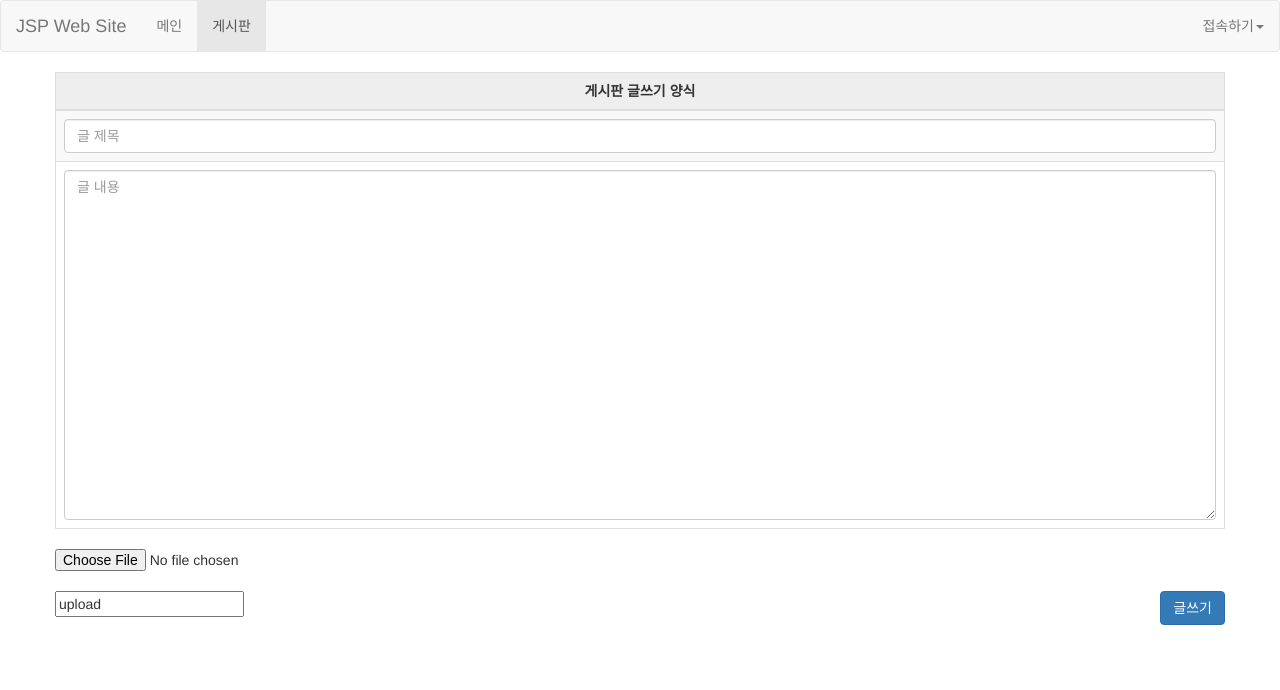
Repository: seung-kook/JSPBBSUPLOAD
Page: http://localhost/BBS/write.jsp
An editor plug-in stored every save of this project. The page is shown before and after the next save, followed by the edit.
The browser window is 1280 px wide. The pictures show the whole page.
Some web libraries are served in a nearby version. The page is served by Tomcat 9. Other server files are loaded and not shown.

Above is the page before, as saved 2022-03-15 00:57:49.

### BBS/src/main/webapp/write.jsp
<%@ page language="java" contentType="text/html; charset=UTF-8"
    pageEncoding="UTF-8"%>
<%@ page import="java.io.PrintWriter" %>
<!DOCTYPE html>
<html>
<head>
<meta http-equiv="Content-Type" content="text/html; charset=UTF-8">
<meta name="viewport" content="width=device-width, initial-scale=1">
<link rel="stylesheet" href="css/bootstrap.css">
<title>JSP Web Site</title>
</head>
<body>
	<%
		String userID = null;
		if (session.getAttribute("userID") != null) {
			userID = (String) session.getAttribute("userID");
		}
	%>
	<nav class="navbar navbar-default">
		<div class="navbar-header">
			<button type="button" class="navbar-toggle collapsed"
				data-toggle="collapse" data-target="#bs-example-navbar-collapse-1"
				aria-expanded="false">
				<span class="icon-bar"></span>
				<span class="icon-bar"></span>
				<span class="icon-bar"></span>
			</button>
			<a class="navbar-brand" href="main.jsp">JSP Web Site</a>
		</div>
		<div class="collapse navbar-collapse" id="bs-example-navbar-collapse-1">
			<ul class="nav navbar-nav">
				<li><a href="main.jsp">메인</a></li>
				<li class="active"><a href="bbs.jsp">게시판</a></li>
			</ul>
			<%
				if(userID == null) {
			%>
			<ul class="nav navbar-nav navbar-right">
				<li class="dropdown">
					<a href="#" class="dropdown-toggle"
						data-toggle="dropdown" role="button" aria-haspopup="true"
						aria-expanded="false">접속하기<span class="caret"></span></a>
					<ul class="dropdown-menu">
						<li><a href="login.jsp">로그인</a></li>
						<li><a href="join.jsp">회원가입</a></li>
					</ul>
				</li>
			</ul>
			<%
				} else {
			%>
			<ul class="nav navbar-nav navbar-right">
				<li class="dropdown">
					<a href="#" class="dropdown-toggle"
						data-toggle="dropdown" role="button" aria-haspopup="true"
						aria-expanded="false">회원관리<span class="caret"></span></a>
					<ul class="dropdown-menu">
						<li><a href="logoutAction.jsp">로그아웃</a></li>
					</ul>
				</li>
			</ul>
			<%
				}
			%>
		</div>
	</nav>
	<div class="container">
		<div class="row">
			<form method="post" action="writeAction.jsp">
				<table class="table table-striped" style="text-align: center; border: 1px solid #dddddd">
					<thead>
						<tr>
							<th colspan="2" style="background-color: #eeeeee; text-align: center;">게시판 글쓰기 양식</th>
						</tr>
					</thead>
					<tbody>
						<tr>
							<td><input type="text" class="form-control" placeholder="글 제목" name="bbsTitle" maxlength="50"></td>
						</tr>
						<tr>
							<td><textarea class="form-control" placeholder="글 내용" name="bbsContent" maxlength="2048" style="height: 350px;"></textarea></td>
						</tr>
					</tbody>
				</table>
				<form method="post" action="" enctype="multipart/form-data">
				<input type="file" name="file"><br>
				<input type="upload" value="upload">
				<input type="submit" class="btn btn-primary pull-right" value="글쓰기">
			</form>
		</div>
	</div>
	<script src="https://code.jquery.com/jquery-3.1.1.min.js"></script>
	<script src="js/bootstrap.js"></script>
</body>
</html>

Loaded but not shown: BBS/src/main/webapp/css/bootstrap.css (library); BBS/src/main/webapp/js/bootstrap.js (library)

After the next save:
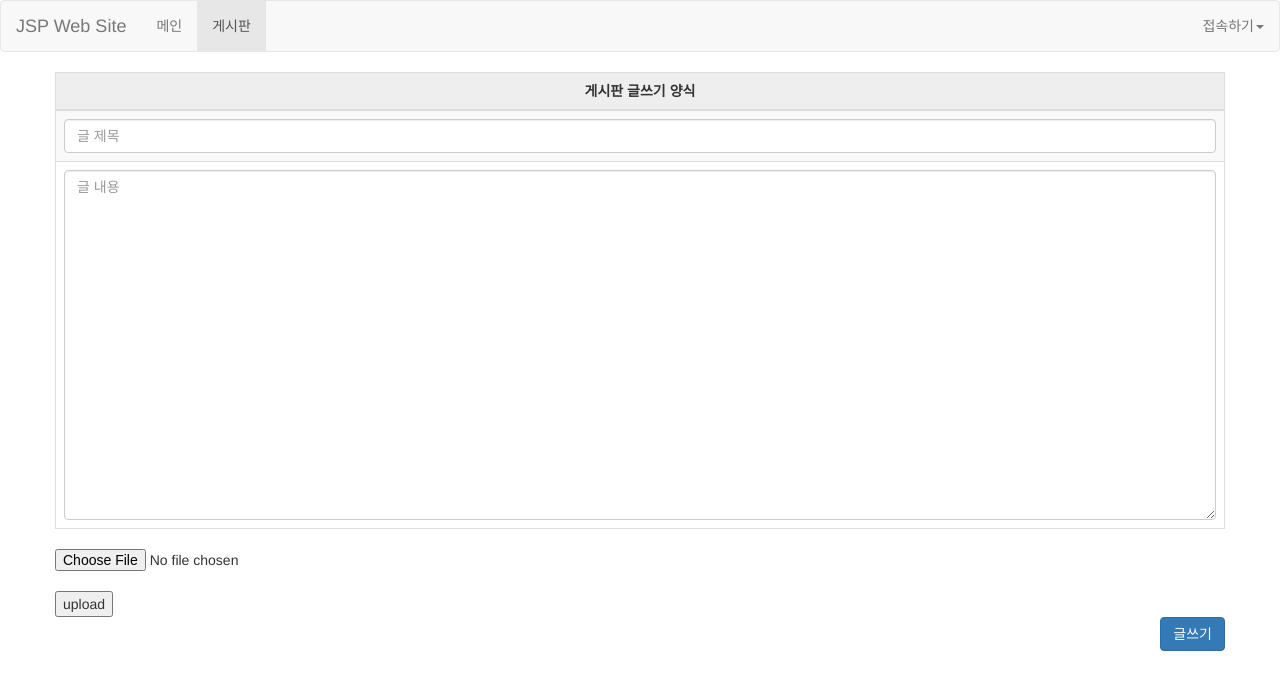
Saved 97 s later.
--- a/BBS/src/main/webapp/write.jsp
+++ b/BBS/src/main/webapp/write.jsp
@@ -82,9 +82,10 @@
 						</tr>
 					</tbody>
 				</table>
-				<form method="post" action="" enctype="multipart/form-data">
+				<form method="post" action="writeAction.jsp" enctype="multipart/form-data">
 				<input type="file" name="file"><br>
-				<input type="upload" value="upload">
+				<input type="submit" value="upload">
+				</form>
 				<input type="submit" class="btn btn-primary pull-right" value="글쓰기">
 			</form>
 		</div>
